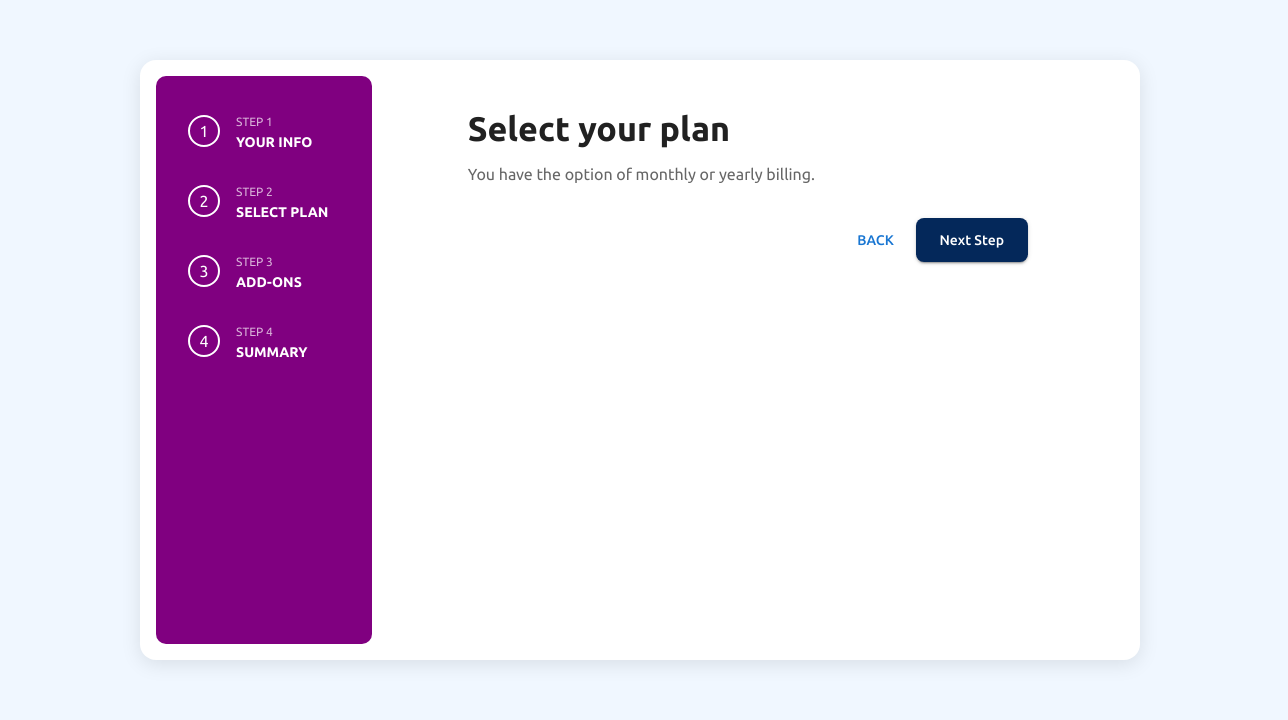
Repository: ozerrrs/chalange7days
Page: / (app in 7dayschalange/7dayschallange/), after clicking the first element matching `button.MuiButtonBase-root`
The author's editor kept a copy of each file at every save. The page is drawn from the files as they stood at one save, then again after a run of saves.
The browser window is 1280 px wide. The page is 1280 px wide, then 1288 px, then 1280 px, so the pictures cover 1288 px, including what lies to the right of the window. The pictures show the whole page.
The project was rebuilt for these pictures with package versions that can differ from the ones it lists, and the page was loaded fresh each time. Also part of the build but not shown: 7dayschalange/7dayschallange/vite.config.js.

Above is the page before, as saved 2025-03-05 14:27:22.

### 7dayschalange/7dayschallange/src/main.jsx
import * as React from "react";
import * as ReactDOM from "react-dom/client";
import { ThemeProvider } from "@mui/material/styles";
import { CssBaseline } from "@mui/material";
import theme from "./theme/theme";
import App from "./App";
import "./index.css";
ReactDOM.createRoot(document.getElementById("root")).render(
  <React.StrictMode>
    <ThemeProvider theme={theme}>
      <CssBaseline />
      <App />
    </ThemeProvider>
  </React.StrictMode>
);

### 7dayschalange/7dayschallange/src/theme/theme.jsx
import { createTheme } from "@mui/material/styles";

const theme = createTheme({
  typography: {
    fontFamily: "'Ubuntu', sans-serif",
    h4: {
      fontWeight: 700,
    },
    h2: {
      fontWeight: 500,
    },
  },
  components: {
    MuiCssBaseline: {
      styleOverrides: `
        body {
          background-color: #f0f7ff;
        }
      `,
    },
  },
});

export default theme;

### 7dayschalange/7dayschallange/src/App.jsx
import { Routes, Route, BrowserRouter } from "react-router-dom";
import FirstPage from "./pages/firstPage";
import "@fontsource/ubuntu/400.css"; // Regular
import "@fontsource/ubuntu/500.css"; // Medium
import "@fontsource/ubuntu/700.css"; // Bold
function App() {
  return (
    <BrowserRouter>
      <Routes>
        <Route path="/" element={<FirstPage />} />
        {/* <Route path="/about" element={<About />} />
          <Route path="/login" element={<Login />} />
          <Route path="/register" element={<Register />} /> */}
      </Routes>
    </BrowserRouter>
  );
}
export default App;

### 7dayschalange/7dayschallange/src/index.css
#root {
  height: 100vh;
  width: 100vw;
  background-color: #f0f7ff;
}

### 7dayschalange/7dayschallange/src/pages/firstPage.jsx
import React, { useState } from "react";
import {
  Box,
  TextField,
  Typography,
  Button,
  Stepper,
  Step,
  StepLabel,
  Paper,
  Container,
  Grid,
  CssBaseline,
} from "@mui/material";
import { styled, ThemeProvider } from "@mui/material/styles";

const FormContainer = styled(Paper)(({ theme }) => ({
  padding: theme.spacing(2),
  borderRadius: 16,
  boxShadow: "0px 4px 20px rgba(0, 0, 0, 0.1)",
  display: "flex",
  overflow: "hidden",
  minWidth: 1000,
  margin: "0 auto",
  position: "absolute",
  top: "50%",
  left: "50%",
  transform: "translate(-50%, -50%)",
}));

const SideBar = styled(Box)(({ theme }) => ({
  padding: theme.spacing(4),
  borderRadius: "10px 10px 10px 10px",
  color: "white",
  width: 274,
  position: "relative",
  overflow: "hidden",
  backgroundColor: "purple",

  backgroundSize: "cover",
  backgroundRepeat: "no-repeat",
  backgroundPosition: "center",
  minHeight: 568,
}));

const ContentArea = styled(Box)(({ theme }) => ({
  paddingLeft: theme.spacing(12),
  paddingRight: theme.spacing(12),
  paddingTop: theme.spacing(4),
  paddingBottom: theme.spacing(4),
  width: "100%",
}));

const NextButton = styled(Button)(({ theme }) => ({
  backgroundColor: "#04285a",
  color: "white",
  borderRadius: 8,
  padding: "10px 24px",
  textTransform: "none", // This prevents uppercase text

  "&:hover": {
    backgroundColor: "#172b4d",
  },
}));
const StyledTextField = styled(TextField)(({ theme }) => ({
  marginBottom: theme.spacing(2),
  "& .MuiOutlinedInput-root": {
    borderRadius: "10px",
    "& fieldset": {
      borderRadius: "10px",
    },
  },
}));

const StepNumber = styled(Box)(({ theme }) => ({
  width: 32,
  height: 32,
  borderRadius: "50%",
  border: "2px solid white",
  display: "flex",
  alignItems: "center",
  justifyContent: "center",
  marginRight: theme.spacing(2),
}));

const StepItem = styled(Box)(({ theme }) => ({
  display: "flex",
  alignItems: "center",
  marginBottom: theme.spacing(3),
  opacity: (props) => (props.active ? 1 : 0.7),
}));

const steps = [
  { label: "YOUR INFO", description: "Personal details" },
  { label: "SELECT PLAN", description: "Choose your plan" },
  { label: "ADD-ONS", description: "Add extra features" },
  { label: "SUMMARY", description: "Review your order" },
];

function MultiStepForm() {
  const [activeStep, setActiveStep] = useState(0);
  const [formData, setFormData] = useState({
    name: "",
    email: "",
    phone: "",
  });

  const handleInputChange = (e) => {
    const { name, value } = e.target;
    setFormData({
      ...formData,
      [name]: value,
    });
  };

  const handleNext = () => {
    setActiveStep((prevActiveStep) => prevActiveStep + 1);
  };

  const handleBack = () => {
    setActiveStep((prevActiveStep) => prevActiveStep - 1);
  };

  const getStepContent = (step) => {
    switch (step) {
      case 0:
        return (
          <Box>
            <Typography
              variant="h4"
              gutterBottom
              fontWeight="bold"
              sx={{ color: "#04285a" }}
            >
              Personal info
            </Typography>
            <Typography color="textSecondary" paragraph>
              Please provide your name, email address, and phone number.
            </Typography>

            <Box mt={3}>
              <Typography fontWeight={500} mb={1} sx={{ color: "#04285a" }}>
                Name
              </Typography>
              <StyledTextField
                fullWidth
                placeholder="e.g. Stephen King"
                name="name"
                value={formData.name}
                onChange={handleInputChange}
                variant="outlined"
              />

              <Typography fontWeight={500} mb={1} sx={{ color: "#04285a" }}>
                Email Address
              </Typography>

              <StyledTextField
                fullWidth
                placeholder="e.g. stephenking@lorem.com"
                name="name"
                value={formData.name}
                onChange={handleInputChange}
                variant="outlined"
              />

              <Typography fontWeight={500} mb={1} sx={{ color: "#04285a" }}>
                Phone Number
              </Typography>

              <StyledTextField
                fullWidth
                placeholder="e.g. +1 234 567 890"
                name="name"
                value={formData.name}
                onChange={handleInputChange}
                variant="outlined"
                sx={{ mb: 8 }}
              />
            </Box>
          </Box>
        );
      case 1:
        return (
          <Box>
            <Typography variant="h4" gutterBottom fontWeight="bold">
              Select your plan
            </Typography>
            <Typography color="textSecondary" paragraph>
              You have the option of monthly or yearly billing.
            </Typography>
          </Box>
        );
      case 2:
        return (
          <Box>
            <Typography variant="h4" gutterBottom fontWeight="bold">
              Pick add-ons
            </Typography>
            <Typography color="textSecondary" paragraph>
              Add-ons help enhance your gaming experience.
            </Typography>
          </Box>
        );
      case 3:
        return (
          <Box>
            <Typography variant="h4" gutterBottom fontWeight="bold">
              Summary
            </Typography>
            <Typography color="textSecondary" paragraph>
              Please confirm your selections.
            </Typography>
          </Box>
        );
      default:
        return "Unknown step";
    }
  };

  return (
    <FormContainer>
      <SideBar>
        {steps.map((step, index) => (
          <StepItem key={index} active={activeStep === index}>
            <StepNumber>{index + 1}</StepNumber>
            <Box>
              <Typography variant="caption" sx={{ opacity: 0.7 }}>
                STEP {index + 1}
              </Typography>
              <Typography variant="subtitle2" fontWeight="bold">
                {step.label}
              </Typography>
            </Box>
          </StepItem>
        ))}
      </SideBar>

      <ContentArea>
        {getStepContent(activeStep)}

        <Box sx={{ display: "flex", justifyContent: "flex-end", mt: 4 }}>
          {activeStep !== 0 && (
            <Button onClick={handleBack} sx={{ mr: 1 }}>
              Back
            </Button>
          )}
          <NextButton variant="contained" onClick={handleNext}>
            Next Step
          </NextButton>
        </Box>
      </ContentArea>
    </FormContainer>
  );
}

export default MultiStepForm;

Loaded but not shown: 7dayschalange/7dayschallange/index.html (common file)

After the next 2 saves:
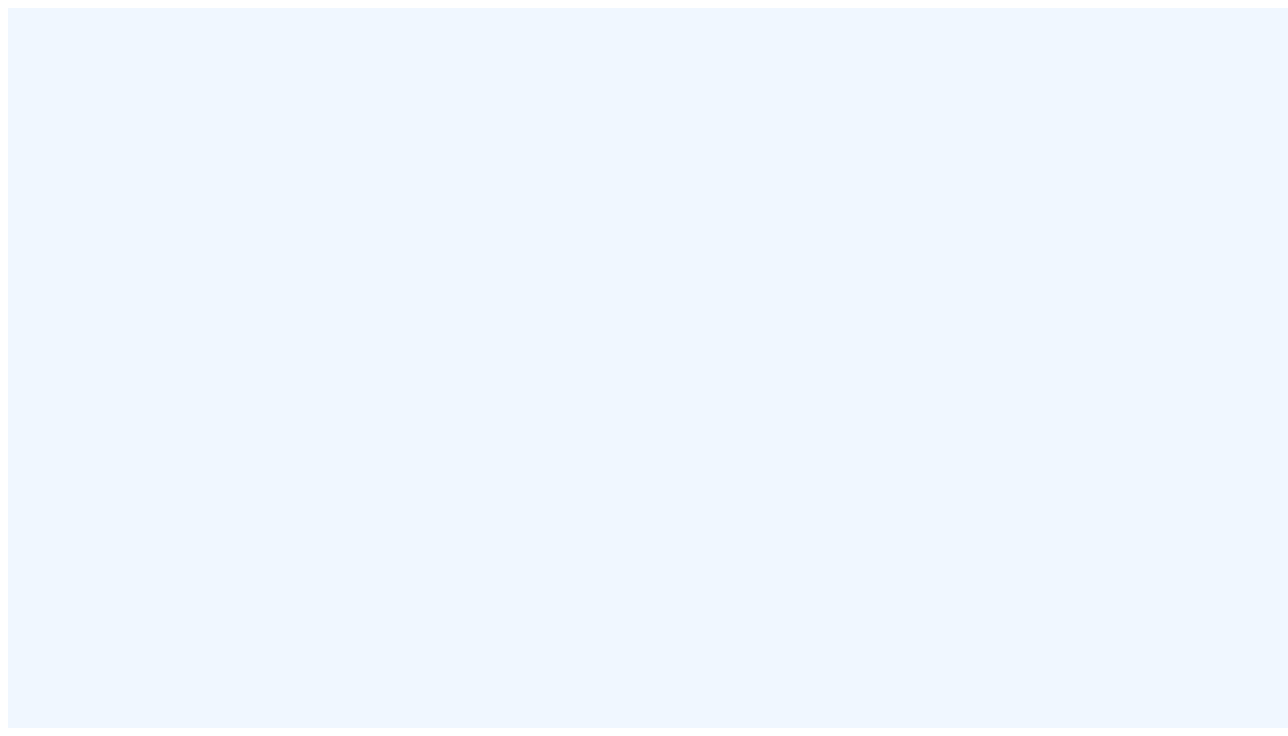
Console error: ReferenceError: backgroundNav is not defined
The 2 saves are shown as one change because 1 did not build or start.
The last was saved 50 s later.
--- a/7dayschalange/7dayschallange/src/pages/firstPage.jsx
+++ b/7dayschalange/7dayschallange/src/pages/firstPage.jsx
@@ -182,14 +182,17 @@
         );
       case 1:
         return (
-          <Box>
-            <Typography variant="h4" gutterBottom fontWeight="bold">
-              Select your plan
-            </Typography>
-            <Typography color="textSecondary" paragraph>
-              You have the option of monthly or yearly billing.
-            </Typography>
-          </Box>
+          <>
+            <img src={backgroundNav} alt="background" />
+            <Box>
+              <Typography variant="h4" gutterBottom fontWeight="bold">
+                Select your plan
+              </Typography>
+              <Typography color="textSecondary" paragraph>
+                You have the option of monthly or yearly billing.
+              </Typography>
+            </Box>
+          </>
         );
       case 2:
         return (

After the 6 saves that followed:
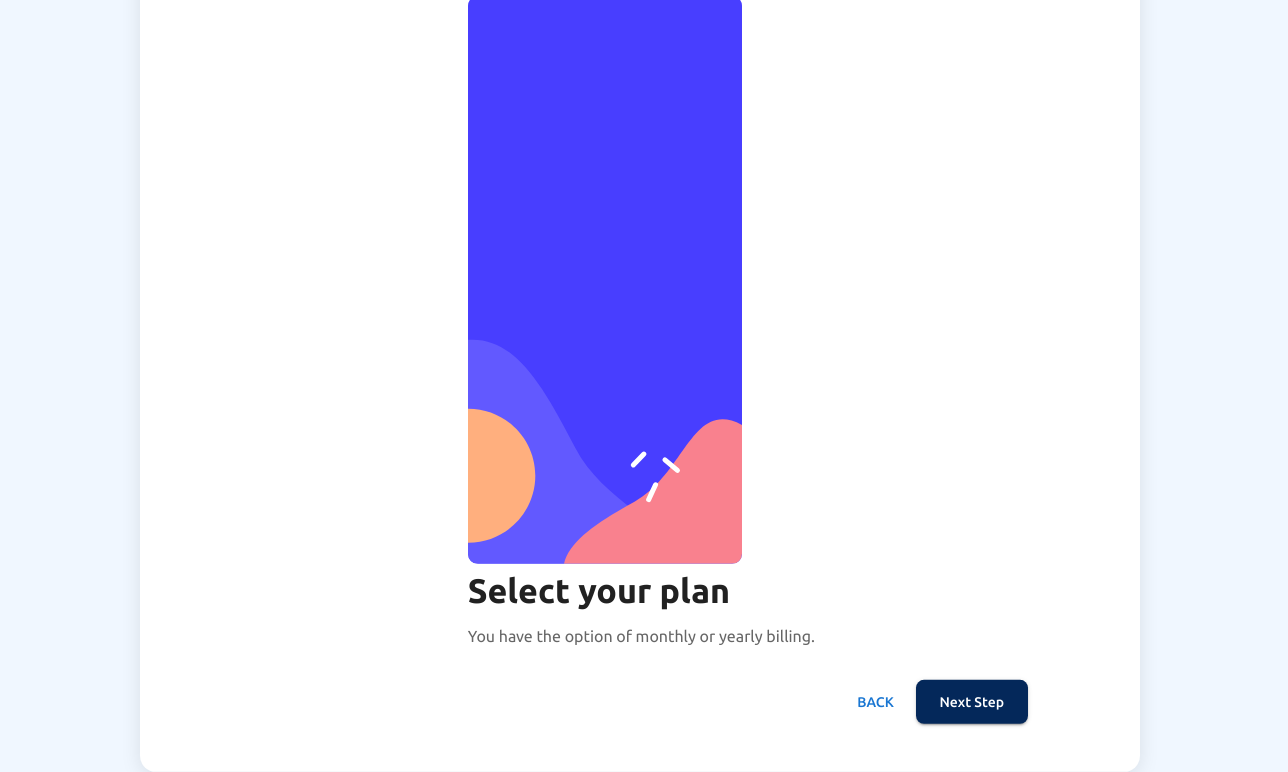
The error is gone.
The 6 saves are shown as one change because 1 did not build or start and 4 left the picture as it was.
The last was saved 5 min 18 s later.
--- a/7dayschalange/7dayschallange/src/pages/firstPage.jsx
+++ b/7dayschalange/7dayschallange/src/pages/firstPage.jsx
@@ -13,6 +13,7 @@
   CssBaseline,
 } from "@mui/material";
 import { styled, ThemeProvider } from "@mui/material/styles";
+import backgroundNav from "../assets/bg-sidebar-desktop.svg";
 
 const FormContainer = styled(Paper)(({ theme }) => ({
   padding: theme.spacing(2),
@@ -35,11 +36,8 @@
   width: 274,
   position: "relative",
   overflow: "hidden",
-  backgroundColor: "purple",
-
-  backgroundSize: "cover",
-  backgroundRepeat: "no-repeat",
-  backgroundPosition: "center",
+  background: "none",
+
   minHeight: 568,
 }));
 
@@ -182,17 +180,15 @@
         );
       case 1:
         return (
-          <>
+          <Box>
             <img src={backgroundNav} alt="background" />
-            <Box>
-              <Typography variant="h4" gutterBottom fontWeight="bold">
-                Select your plan
-              </Typography>
-              <Typography color="textSecondary" paragraph>
-                You have the option of monthly or yearly billing.
-              </Typography>
-            </Box>
-          </>
+            <Typography variant="h4" gutterBottom fontWeight="bold">
+              Select your plan
+            </Typography>
+            <Typography color="textSecondary" paragraph>
+              You have the option of monthly or yearly billing.
+            </Typography>
+          </Box>
         );
       case 2:
         return (
